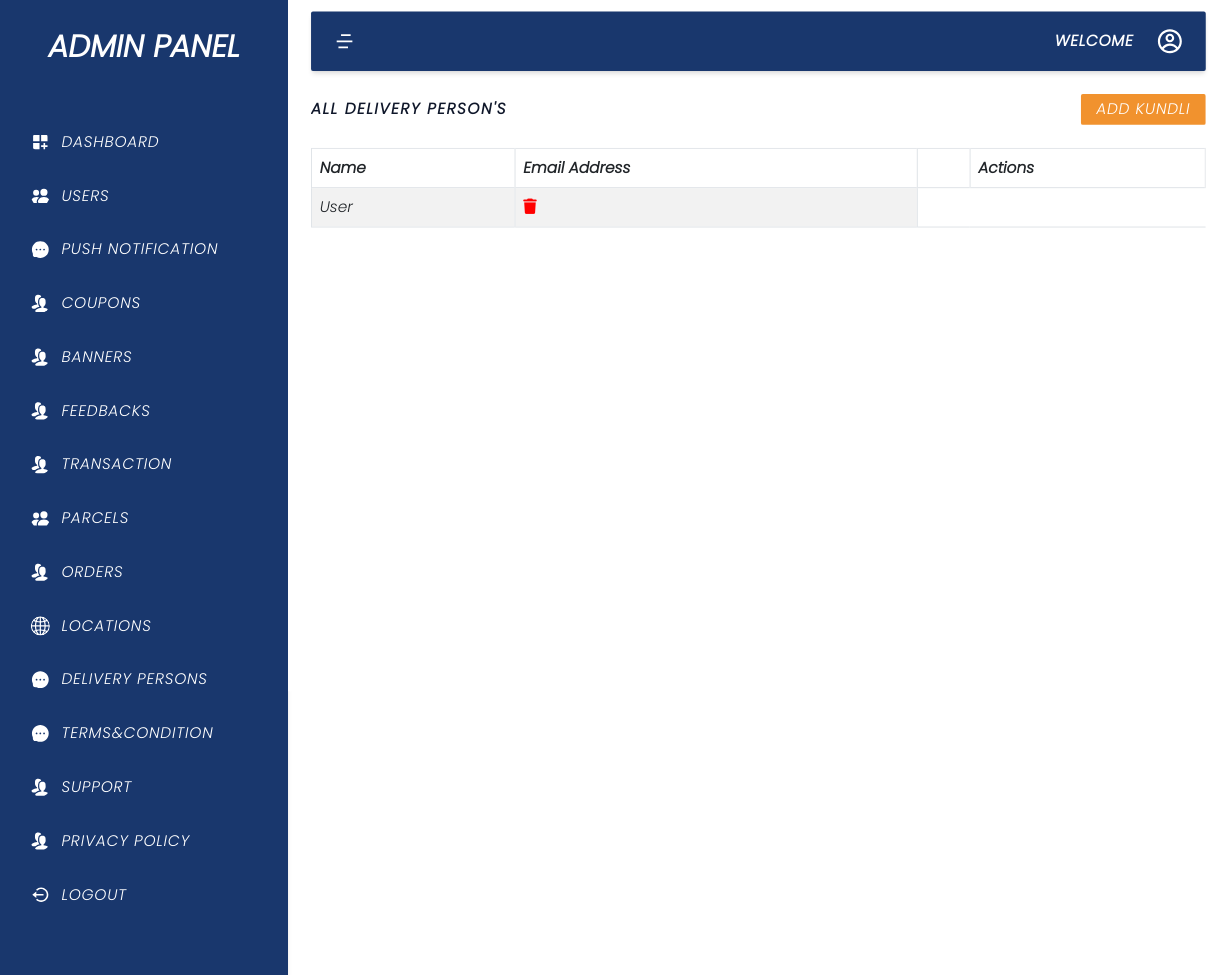
Repository: FlyweisReact/sarita
Page: /kundli
An editor plug-in stored every save of this project. The page is shown before and after the next save, followed by the edit.
The browser window is 1280 px wide. The pictures show the whole page, at 96% of full size.
Some web libraries are served in a nearby version. The project was rebuilt for these pictures with package versions that can differ from the ones it lists, and the page was loaded fresh each time. Also part of the build but not shown: src/vendorPanel/forms/VendorLogin.jsx, src/vendorPanel/pages/AdminDiscount.js, src/vendorPanel/pages/AdminReview.js, src/vendorPanel/pages/Astrologers.js, src/vendorPanel/pages/Banners.js, src/vendorPanel/pages/Booking.js, src/vendorPanel/pages/Horoscope.js, src/vendorPanel/pages/Message.js and 8 more.

Above is the page before, as saved 2023-04-19 13:12:39.

After the next save:
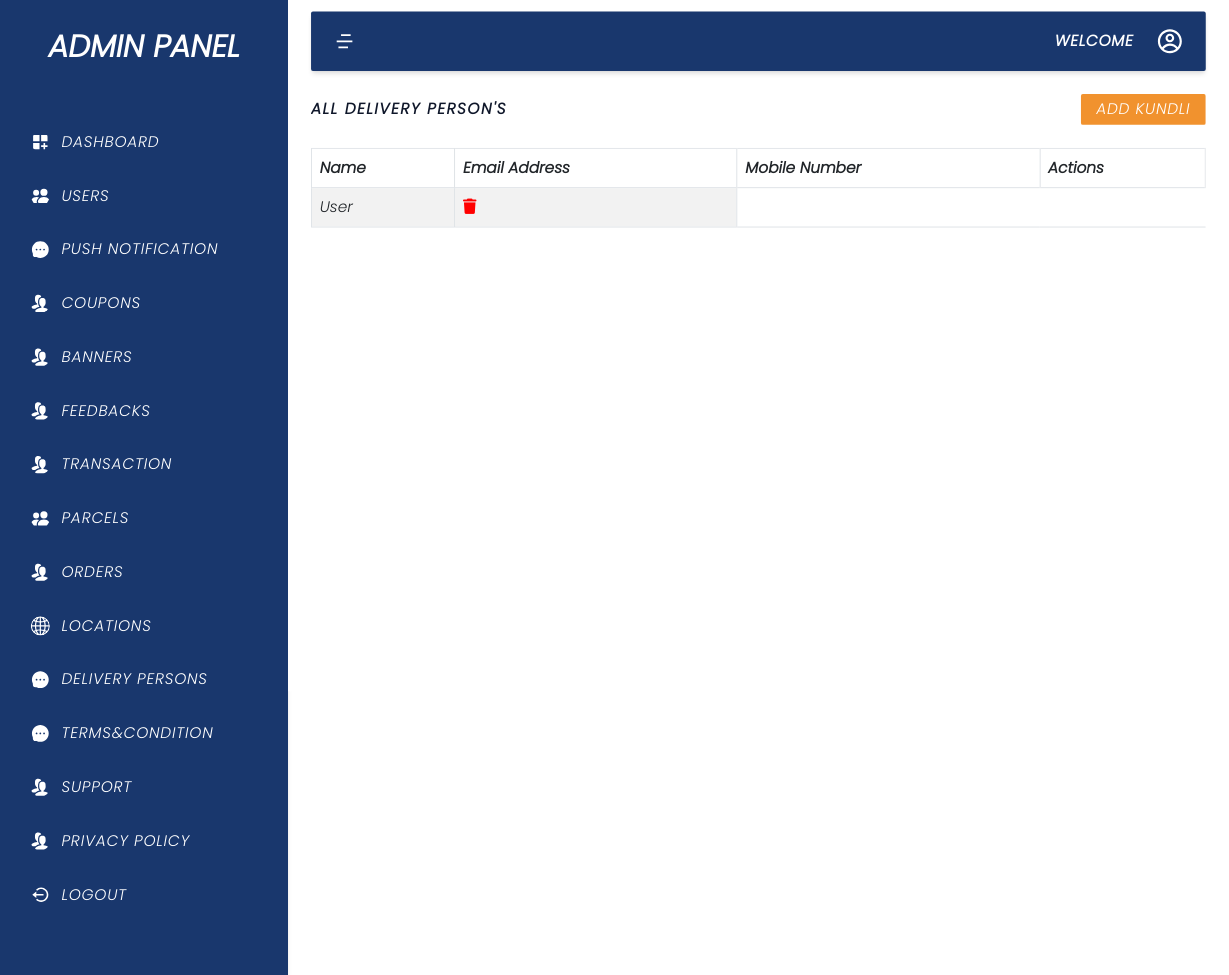
Saved 6 s later.
--- a/src/vendorPanel/pages/Kundli.js
+++ b/src/vendorPanel/pages/Kundli.js
@@ -92,7 +92,7 @@ const Kundli = () => {
             <tr>
               <th>Name</th>
               <th>Email Address</th>
-              <th>   </th>
+              <th> Mobile Number   </th>
               <th>Actions</th>
             </tr>
           </thead>
